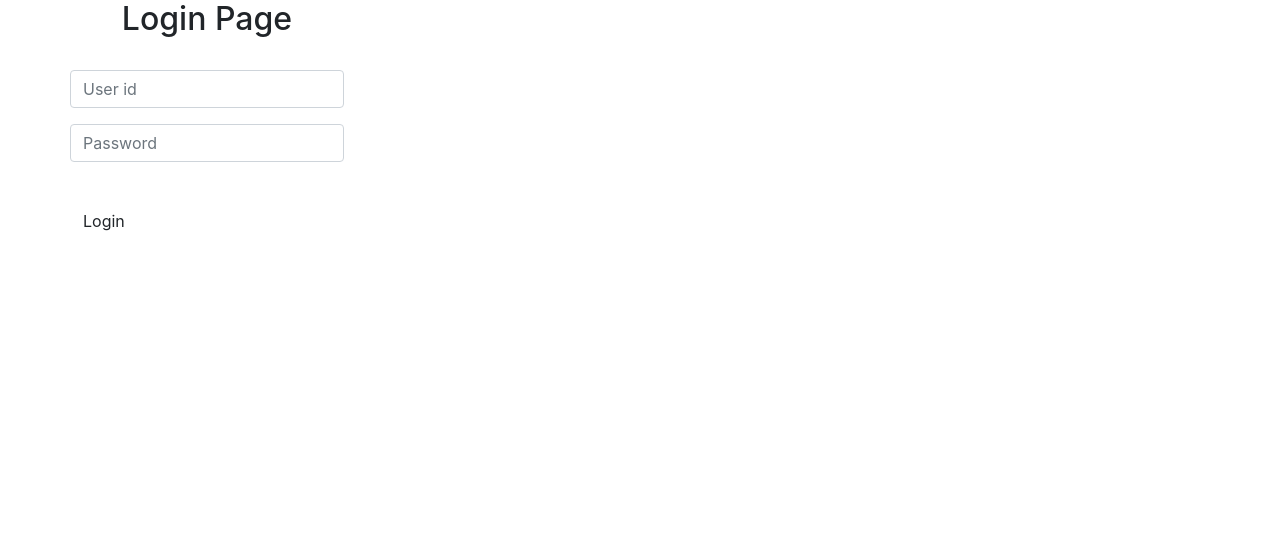
Repository: rkmr039/EMS_PROJECT
Page: EMS/WebContent/login2.html
The author's editor kept a copy of each file at every save. The page is drawn from the files as they stood at one save, then again after the next save.
The browser window is 1280 px wide. The pictures show the whole page.

Above is the page before, as saved 2019-08-30 06:36:07.
Console error: TypeError: Cannot read properties of undefined (reading 'fn')

After the next save:
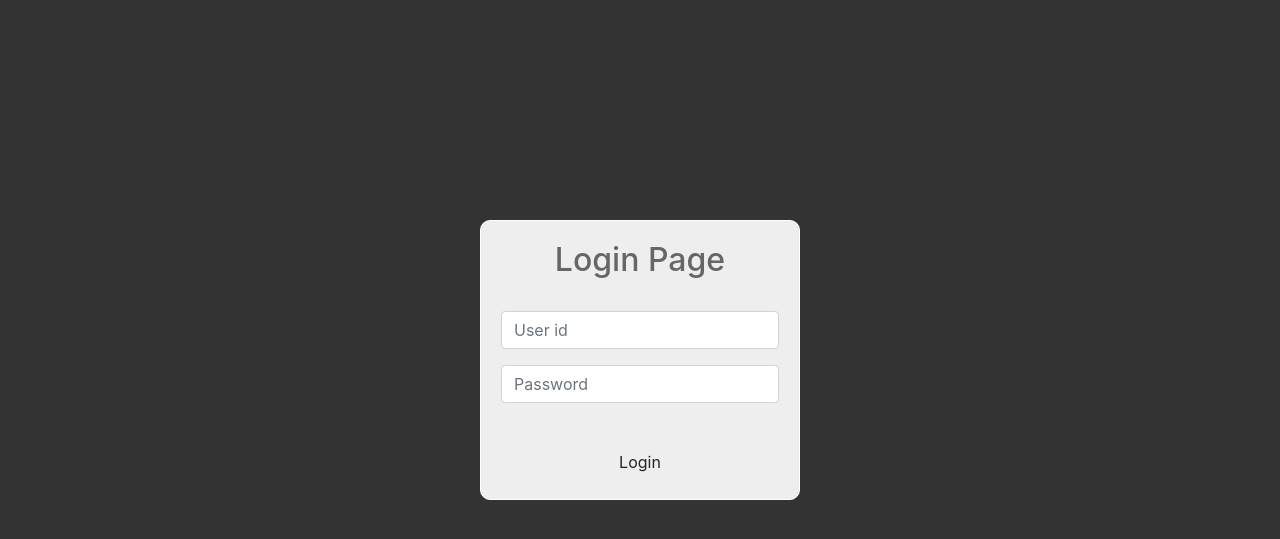
Saved 16 s later.
--- a/EMS/WebContent/login2.html
+++ b/EMS/WebContent/login2.html
@@ -11,12 +11,26 @@
     align-items: center;
      display: flex;
 }
-#mainDiv{
-
+body {
+    background:#333;
 }
-#middleDiv{
-	margin-top:auto;
-	margin-bottom:auto;
+.form_bg {
+    background-color:#eee;
+    color:#666;
+    padding:20px;
+    border-radius:10px;
+    position: absolute;
+    border:1px solid #fff;
+    margin: auto;
+    top: 0;
+    right: 0;
+    bottom: 0;
+    left: 0;
+    width: 320px;
+    height: 280px;
+}
+.align-center {
+    text-align:center;
 }
 </style>
 
